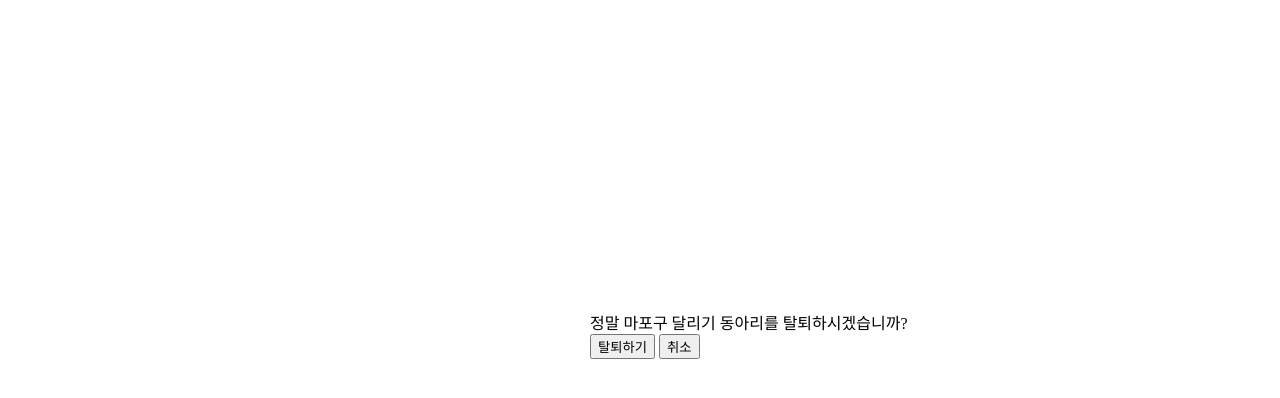
Repository: hyodii/FinalProject
Page: http://localhost/ViewPage/beeDrop.jsp
The author's editor kept a copy of each file at every save. The page is drawn from the files as they stood at one save, then again after the next save.
The browser window is 1280 px wide. The pictures show the whole page.
The page is served by Tomcat 9.

Above is the page before, as saved 2021-12-11 14:29:35.

### ViewPage/WebContent/beeDrop.jsp
<%@ page contentType="text/html; charset=UTF-8"%>
<%@ taglib prefix="c" uri="http://java.sun.com/jsp/jstl/core"%>
<%
   request.setCharacterEncoding("UTF-8");
   String cp = request.getContextPath();
%>
<!DOCTYPE html>
<html>
<head>
<meta charset="UTF-8">
<title>beeDrop.jsp</title>
<style type="text/css">
.drop
{
  position:absolute;
  top:50%;
  left:50%;
  margin:-50px 0 0 -50px;
}
</style>

</head>
<body>
<!--
	beeDrop.jsp
	- 동아리 탈퇴하기 페이지
-->

<div class="drop">
	<form action="">
	<div>
		정말 마포구 달리기 동아리를 탈퇴하시겠습니까?
	</div>

	<div>
		<input type="button" value="탈퇴하기" class="btn2"
        onclick="sendIt()"/>
        <input type="button" value="취소" class="btn2"
        onclick="javascript:location.href='<%=cp%>/beeMain.jsp'"/>
	</div>

	</form>
</div>

</body>
</html>

After the next save:
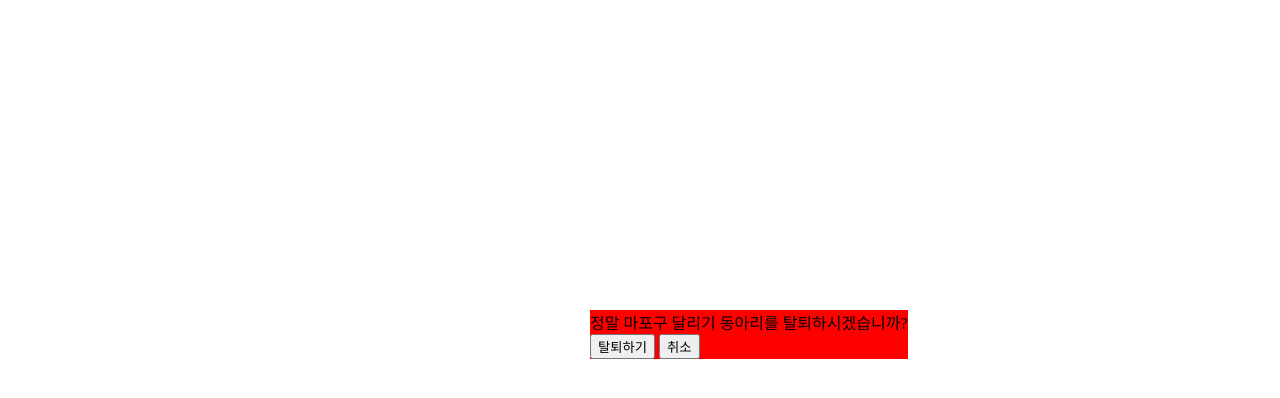
Saved 9 s later.
--- a/ViewPage/WebContent/beeDrop.jsp
+++ b/ViewPage/WebContent/beeDrop.jsp
@@ -15,6 +15,7 @@
   position:absolute;
   top:50%;
   left:50%;
+  background:#f00;
   margin:-50px 0 0 -50px;
 }
 </style>
